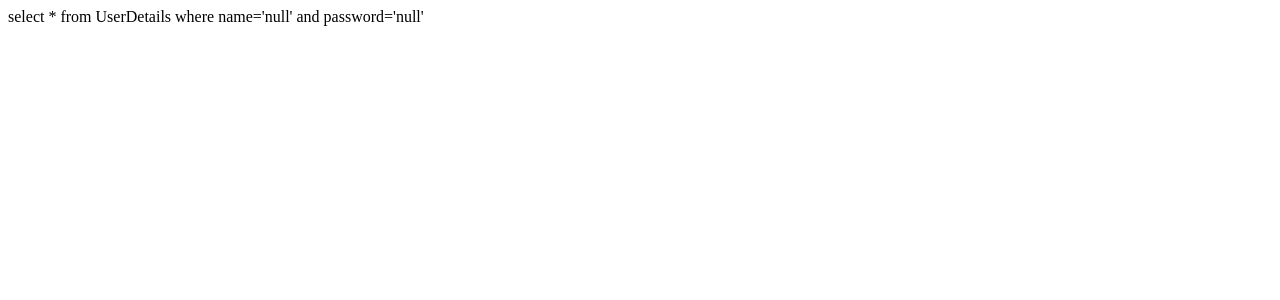
Repository: nikhilbad7/jsp-practicals
Page: http://localhost/classwork/Exp11login.jsp
These files come from the project's save history. The page is drawn as it stood at one moment and after a run of saves; the edit follows.
The browser window is 1280 px wide. The pictures show the whole page.
The page is served by Tomcat 9. The database holds what the project's SQL file puts in it.

Above is the page before, as saved 2018-04-10 20:57:55.
Console error: TypeError: window.location is not a function

After the next 2 saves:
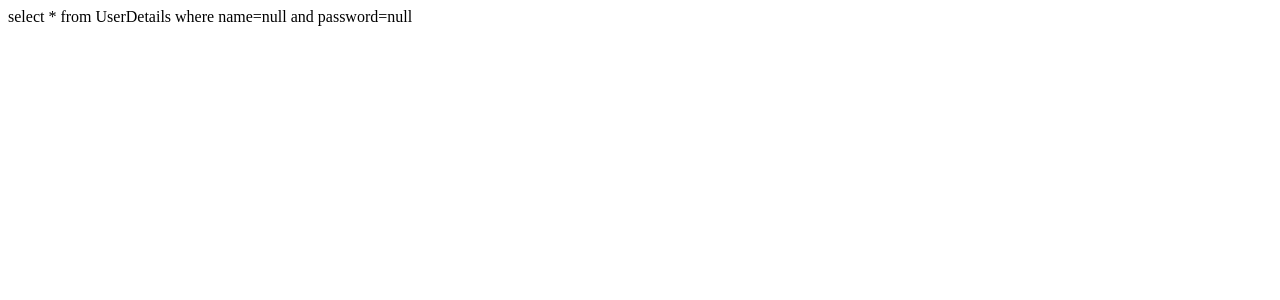
The 2 saves are shown as one change because 1 did not build or start.
The last was saved 58 s later.
--- a/classwork/WebContent/Exp11login.jsp
+++ b/classwork/WebContent/Exp11login.jsp
@@ -24,7 +24,7 @@ Connection con=(Connection) DriverManager.getConnection("jdbc:mysql://localhost:
 Statement stmt=(Statement) con.createStatement();
 String name=request.getParameter("name");
 String password=request.getParameter("pass");
-String q = "select * from UserDetails where name='"+name+"' and password='"+password+"'";
+String q = "select * from UserDetails where name="+name+" and password="+password;
 out.println(q);
 String namenew="",passwordnew="";
 ResultSet rs=(ResultSet) stmt.executeQuery(q);
